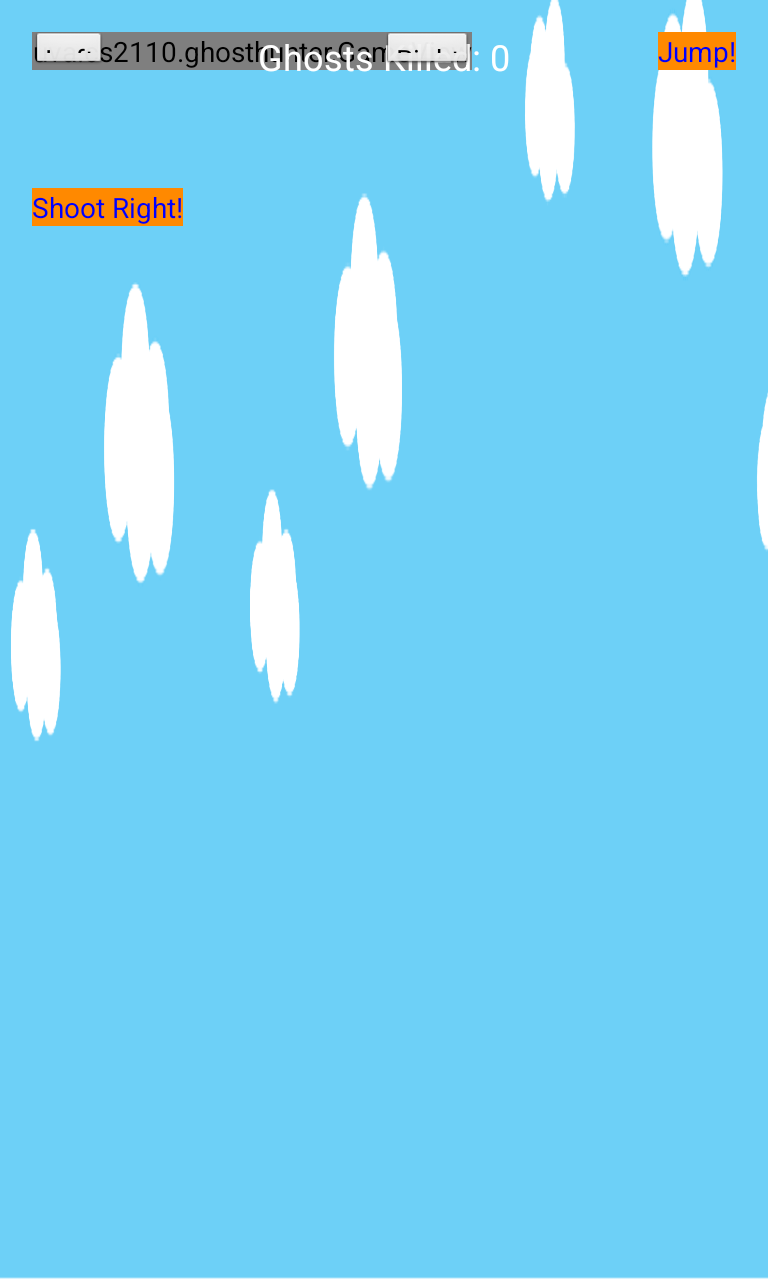
Repository: Daniel-Hoerauf/Ghost-Hunter
Layout: GhostHunter/res/layout/game_main.xml
These files come from the project's save history. The layout is drawn as it stood at one moment and after the next save; the edit follows.
Pictures or frames that could not be fetched are drawn as grey boxes. It is drawn on a 768 x 1280 px phone screen (xhdpi) without system bars, with theme AppTheme; the app's code is not run.

Above is the layout before, as saved 2014-12-02 00:42:38.

### GhostHunter/res/layout/game_main.xml
<?xml version="1.0" encoding="utf-8"?>
<RelativeLayout xmlns:android="http://schemas.android.com/apk/res/android"
    android:layout_width="fill_parent"
    android:layout_height="fill_parent"
    android:background="@drawable/background2"
    android:paddingBottom="@dimen/activity_vertical_margin"
    android:paddingLeft="@dimen/activity_horizontal_margin"
    android:paddingRight="@dimen/activity_horizontal_margin"
    android:paddingTop="@dimen/activity_vertical_margin"
    android:theme="@android:style/Theme.Black.NoTitleBar" >

    <Button
        android:id="@+id/shootButton"
        android:layout_width="wrap_content"
        android:layout_height="wrap_content"
        android:layout_alignParentLeft="true"
        android:layout_marginBottom="32dp"
        android:background="#FF8900"
        android:text="@string/shootright_text"
        android:textColor="#0000FF" />

    <Button
        android:id="@+id/jumpButton"
        android:layout_width="wrap_content"
        android:layout_height="wrap_content"
        android:layout_alignParentRight="true"
        android:layout_marginBottom="22dp"
        android:background="#FF8900"
        android:text="@string/jump_text"
        android:textColor="#0000FF" />

    <uva.cs2110.ghosthunter.GameView
        android:id="@+id/gameView1"
        android:layout_width="wrap_content"
        android:layout_height="wrap_content" >
    </uva.cs2110.ghosthunter.GameView>

    <TextView
        android:id="@+id/Scoreboard"
        android:layout_width="wrap_content"
        android:layout_height="wrap_content"
        android:layout_alignParentTop="true"
        android:layout_centerHorizontal="true"
        android:text="@string/empty_scoreboard"
        android:textAppearance="?android:attr/textAppearanceMedium" />

    <Button
        android:id="@+id/MovementRight"
        style="?android:attr/buttonStyleSmall"
        android:layout_width="wrap_content"
        android:layout_height="wrap_content"
        android:layout_alignBottom="@+id/gameView1"
        android:layout_alignRight="@+id/gameView1"
        android:text="Right" />

    <Button
        android:id="@+id/MovementLeft"
        style="?android:attr/buttonStyleSmall"
        android:layout_width="wrap_content"
        android:layout_height="wrap_content"
        android:layout_alignBottom="@+id/gameView1"
        android:layout_alignLeft="@+id/gameView1"
        android:text="Left" />

    <Button
        android:id="@+id/Shoot_Right"
        android:layout_width="wrap_content"
        android:layout_height="wrap_content"
        android:layout_alignLeft="@+id/shootButton"
        android:layout_below="@+id/shootButton"
        android:layout_marginTop="27dp"
        android:background="#FF8900"
        android:text="@string/shootright_text"
        android:textColor="#0000FF" />

</RelativeLayout>

### GhostHunter/res/values/strings.xml
<?xml version="1.0" encoding="utf-8"?>
<resources>

    <string name="app_name">Ghost Hunter</string>
    <string name="hello_world">Hello world!</string>
    <string name="action_settings">Settings</string>
    <string name="splash_screen">Project Ghost Hunter\nDaniel Hoerauf\nJoe Gumprich\nMarwa Abdelaziz\n Jake Bailey\nCS 2110</string>
	<string name="options_text">Options</string>
	<string name="welcome_text">Welcome to Ghost Hunter!</string>
	<string name="play_text">Play</string>
	<string name="jump_text">Jump!</string>
	<string name="shootleft_text">Shoot Left!</string>
	<string name="shootright_text">Shoot Right!</string>
	<string name="empty_scoreboard">Ghosts Killed: 0</string>

</resources>

Loaded but not shown: GhostHunter/res/values/styles.xml (common file); GhostHunter/res/values-v11/styles.xml (common file); GhostHunter/res/values-v14/styles.xml (common file); GhostHunter/res/values/dimens.xml (common file); GhostHunter/res/values-w820dp/dimens.xml (common file)

After the next save:
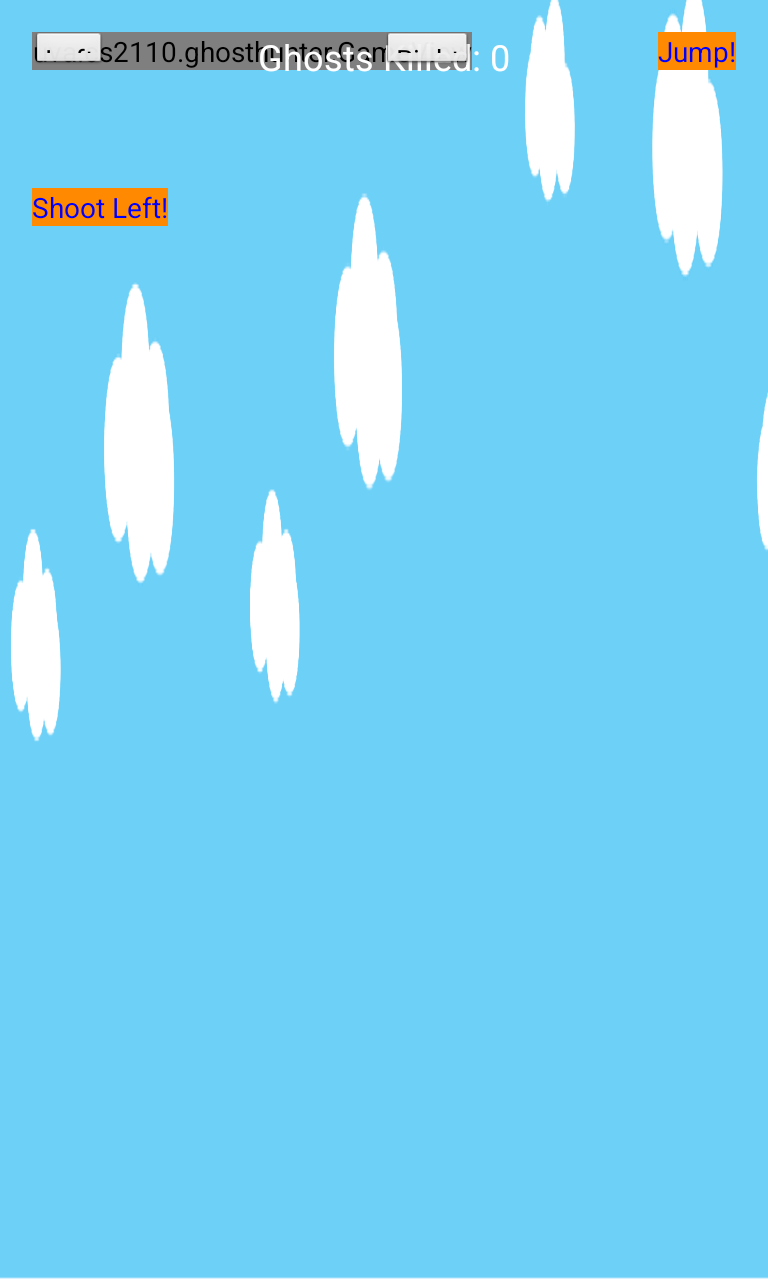
Saved 12 s later.
--- a/GhostHunter/res/layout/game_main.xml
+++ b/GhostHunter/res/layout/game_main.xml
@@ -63,14 +63,14 @@
         android:text="Left" />
 
     <Button
-        android:id="@+id/Shoot_Right"
+        android:id="@+id/Shoot_Left"
         android:layout_width="wrap_content"
         android:layout_height="wrap_content"
         android:layout_alignLeft="@+id/shootButton"
         android:layout_below="@+id/shootButton"
         android:layout_marginTop="27dp"
         android:background="#FF8900"
-        android:text="@string/shootright_text"
+        android:text="@string/shootleft_text"
         android:textColor="#0000FF" />
 
 </RelativeLayout>
